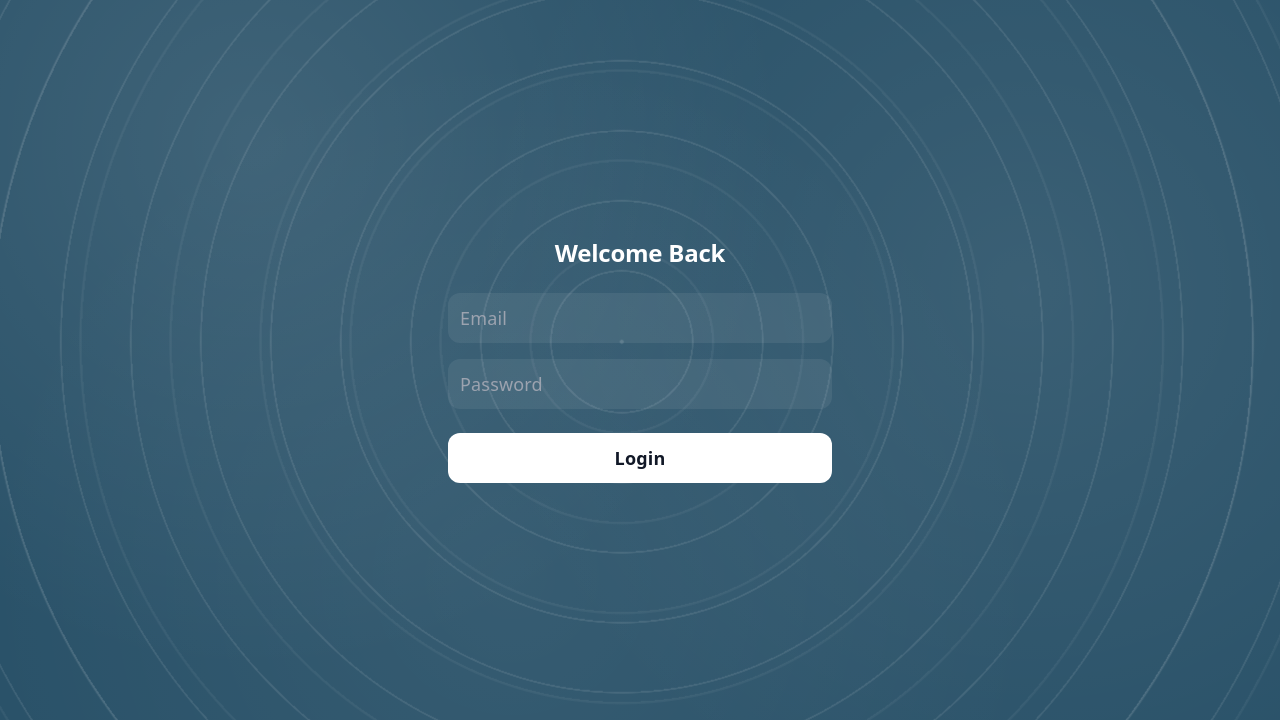
Repository: Farazdaq/stripe-payment-integration
Page: /dashboard (app in stripe-integration-react-dashboard/)
The author's editor kept a copy of each file at every save. The page is drawn from the files as they stood at one save, then again after the next save.
The browser window is 1280 px wide. The pictures show the whole page.
Some web fonts or font styles are not loaded; a fallback is used. The project was rebuilt for these pictures with package versions that can differ from the ones it lists, and the page was loaded fresh each time. Also part of the build but not shown: stripe-integration-react-dashboard/vite.config.ts, stripe-integration-react-dashboard/src/App.css.

Above is the page before, as saved 2026-05-16 13:18:53.

After the next save:
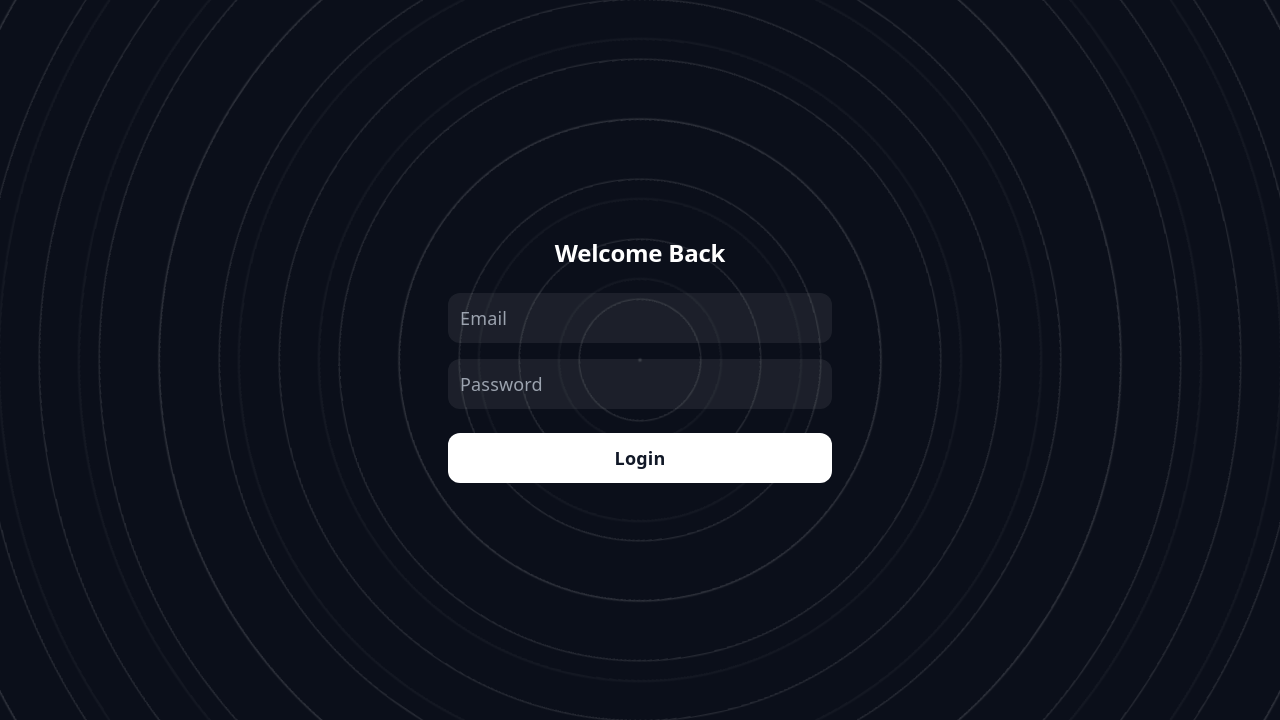
Saved 52 s later.
--- a/stripe-integration-react-dashboard/src/features/dashboard/pages/LoginScreen.tsx
+++ b/stripe-integration-react-dashboard/src/features/dashboard/pages/LoginScreen.tsx
@@ -25,8 +25,8 @@ export default function LoginScreen() {
         backgroundColor: theme.colors.containerCopBackgroundColor,
       }}
     >
-      {/* 🌊 CLEAR CURVED BACKGROUND */}
-      <div className="curved-bg" />
+      {/* 🔵 CIRCULAR BACKGROUND */}
+      <div className="circle-bg" />
 
       {/* LOGIN CARD */}
       <div className="relative z-10 w-[92%] max-w-md p-8">
@@ -76,68 +76,55 @@ export default function LoginScreen() {
         </button>
       </div>
 
-      {/* 🌊 STRONG CURVED LINES STYLE */}
+      {/* 🔵 CIRCULAR GRID BACKGROUND STYLE */}
       <style>{`
-        .curved-bg {
+        .circle-bg {
           position: absolute;
           inset: 0;
           overflow: hidden;
-          background: radial-gradient(
-              circle at 20% 20%,
-              rgba(255,255,255,0.10),
-              transparent 45%
-            ),
-            radial-gradient(
-              circle at 80% 40%,
-              rgba(255,255,255,0.08),
-              transparent 50%
-            ),
-            radial-gradient(
-              circle at 40% 80%,
-              rgba(255,255,255,0.06),
-              transparent 55%
-            );
+          background: #0b0f1a;
         }
 
-        .curved-bg::before,
-        .curved-bg::after {
+        .circle-bg::before,
+        .circle-bg::after {
           content: "";
           position: absolute;
+          top: 50%;
+          left: 50%;
           width: 200%;
           height: 200%;
-          top: -50%;
-          left: -50%;
+          transform: translate(-50%, -50%);
 
-          /* 🔥 stronger + clearer lines */
+          /* 🔵 concentric circles */
           background: repeating-radial-gradient(
             circle,
             rgba(255,255,255,0.10) 0px,
-            rgba(255,255,255,0.10) 1.5px,
+            rgba(255,255,255,0.10) 1px,
             transparent 2px,
-            transparent 70px
+            transparent 60px
           );
 
-          animation: moveCurves 18s linear infinite;
+          animation: rotateCircles 25s linear infinite;
         }
 
-        .curved-bg::after {
-          transform: rotate(25deg);
-          opacity: 0.7;
+        .circle-bg::after {
+          opacity: 0.5;
           background: repeating-radial-gradient(
             circle,
-            rgba(255,255,255,0.08) 0px,
-            rgba(255,255,255,0.08) 2px,
+            rgba(255,255,255,0.07) 0px,
+            rgba(255,255,255,0.07) 1.5px,
             transparent 3px,
-            transparent 90px
+            transparent 80px
           );
+          animation-direction: reverse;
         }
 
-        @keyframes moveCurves {
+        @keyframes rotateCircles {
           from {
-            transform: translate(0, 0);
+            transform: translate(-50%, -50%) rotate(0deg);
           }
           to {
-            transform: translate(-60px, -60px);
+            transform: translate(-50%, -50%) rotate(360deg);
           }
         }
       `}</style>
